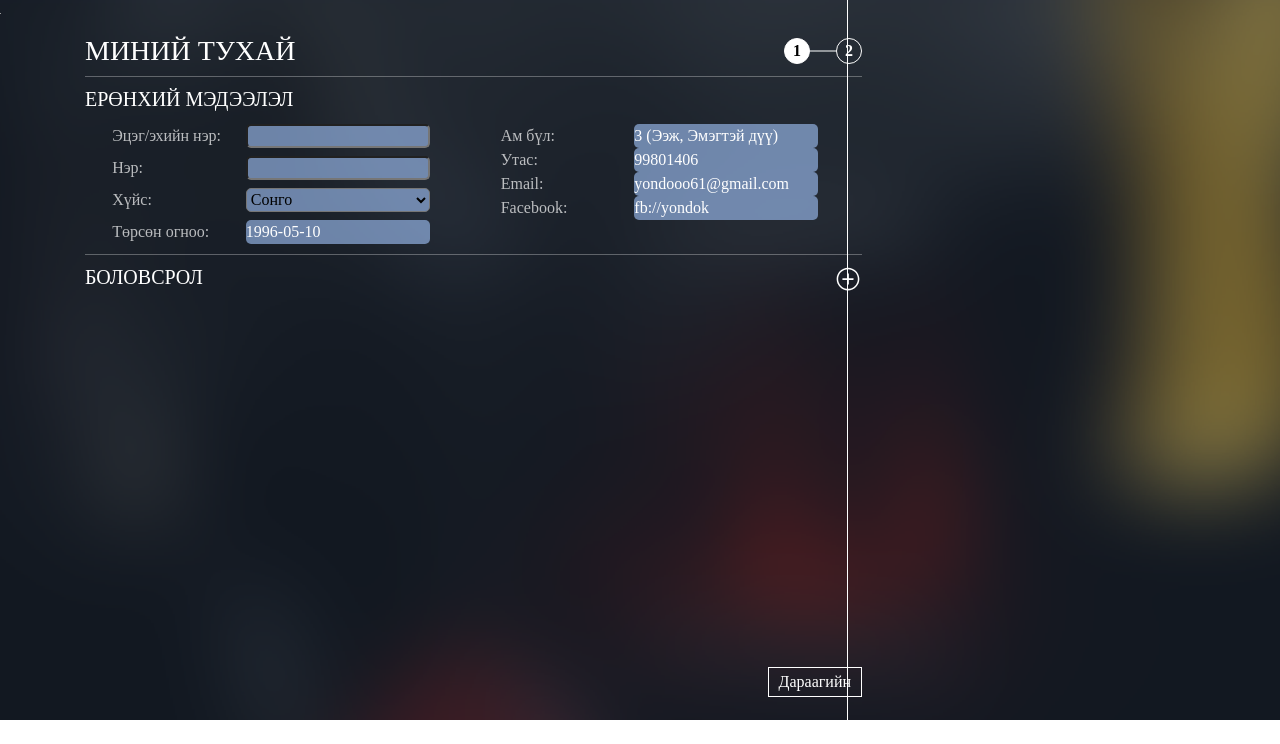
Repository: Yondo202/svProject
Page: /
An editor plug-in stored every save of this project. The page is shown before and after the next save, followed by the edit.
The browser window is 1280 px wide. The pictures show the whole page.
The project was rebuilt for these pictures with package versions that can differ from the ones it lists, and the page was loaded fresh each time. The framework's server and built-in components were replaced by stand-ins that run in the browser. Also part of the build but not shown: next.config.js, style/style.scss.

Above is the page before, as saved 2020-11-20 01:30:19.

After the next save:
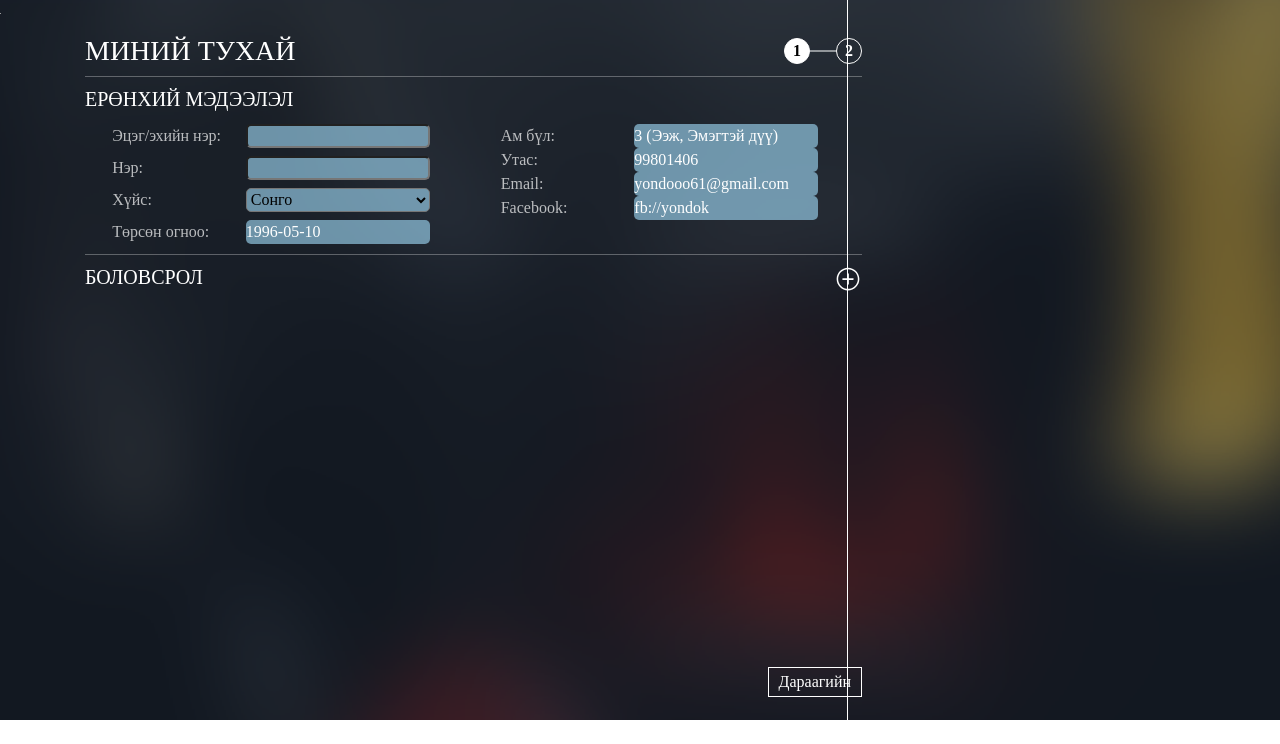
Saved 9 s later.
--- a/components/form1.js
+++ b/components/form1.js
@@ -145,7 +145,7 @@
                  .val{
                     border-radius:5px;
                     width:55%;
-                    background:rgba(166,200,255, 0.6);
+                    background:rgba(166,225,255, 0.6);
                     height:24px;
                  }
              }

After the save that followed:
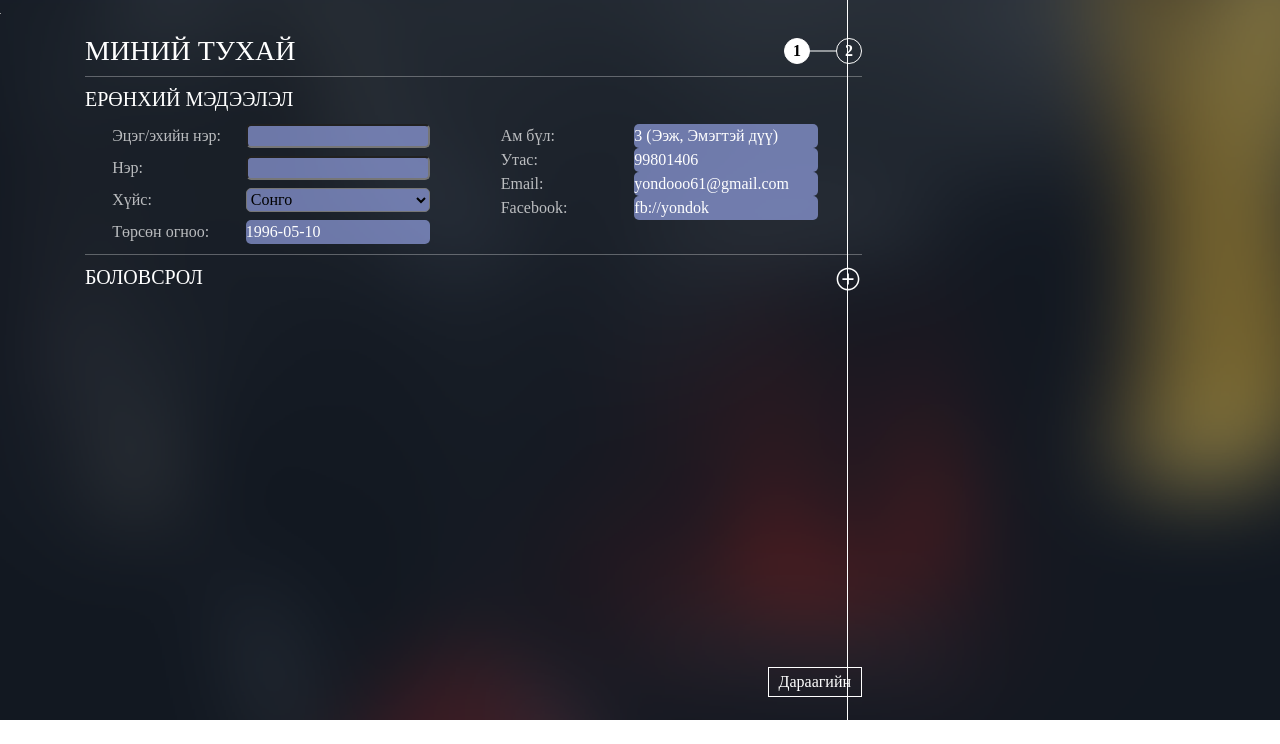
Saved 8 s later.
--- a/components/form1.js
+++ b/components/form1.js
@@ -145,7 +145,7 @@
                  .val{
                     border-radius:5px;
                     width:55%;
-                    background:rgba(166,225,255, 0.6);
+                    background:rgba(166,180,255, 0.6);
                     height:24px;
                  }
              }
